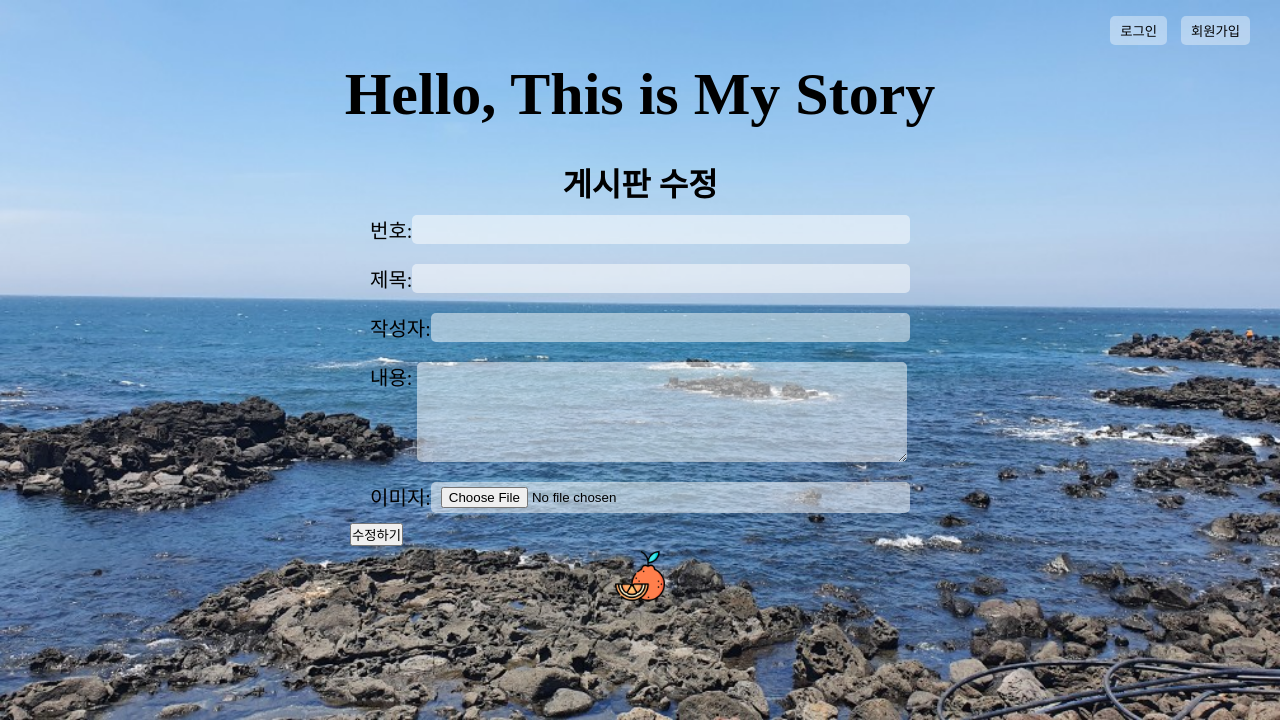
Repository: jeeniii/test2022_12_29
Page: http://localhost/portfolio/board/modify.jsp
These files come from the project's save history. The page is drawn as it stood at one moment and after the next save; the edit follows.
The browser window is 1280 px wide. The pictures show the whole page.
The page is served by Tomcat 9. Other server files are loaded and not shown. The template is opened directly, without the code that normally fills it, so the values that code supplies are empty.

Above is the page before, as saved 2022-12-14 03:15:29.

### JSP_Portfolio/portfolio/src/main/webapp/board/modify.jsp
<%@ page language="java" contentType="text/html; charset=UTF-8"
    pageEncoding="UTF-8"%>
<!DOCTYPE html>
<html>
<head>
<meta charset="UTF-8">
<title>Insert title here</title>
<link rel="stylesheet" href="/resources/css/boardModify.css" type="text/css">
<%@ include file="/header.jsp" %>
</head>
<body>
<div class="container">
<h1>게시판 수정</h1>
	<form action="/brd/update" method="post" enctype="multipart/form-data">
		<div class="bm_put">
			<span>
				번호:
			</span>
		 <input type="text" name="bno" value="${bvo.bno }" readonly="readonly"> <br>
		</div>
		<div class="bm_put">
			<span>
				제목:
			</span>
		 <input type="text" name="title" value="${bvo.title }"> <br>
		</div>
		<div class="bm_put">
			<span>
				작성자:
			</span>
		 <input type="text" name="writer" value="${ses.nick_name }" readonly="readonly"> <br>
		</div>
		<div class="bm_put">
			<span>
				내용:
			</span>
		 <textarea rows="3" cols="30" name="content" >${bvo.content }</textarea>
		</div>
		<div class="bm_put">
			<span>
				이미지:
			</span>
			<input type="hidden" name="image_file" value="${bvo.image_file }">
			<input type="file" name="new_file" accept="image/png, image/jpg, img/jpeg, image/gif">
		</div>
		<button type="submit">수정하기</button>
	</form>
</div>
<%@ include file="/footer.jsp" %>
</body>
</html>

### JSP_Portfolio/portfolio/src/main/webapp/header.jsp
<%@ page language="java" contentType="text/html; charset=UTF-8"
    pageEncoding="UTF-8"%>
    <%@ taglib uri="http://java.sun.com/jsp/jstl/core" prefix="c" %>
<!DOCTYPE html>
<html>
<head>
<meta charset="UTF-8">

<link rel="stylesheet" href="/resources/css/header.css" type="text/css">
</head>
<body>
	<header>
		<div class="realHeader">
			<div class="headbar">
				<ul>

					<c:if test="${ses.id ne null }">
						<li>
							${ses.nick_name }님
						</li>
						<li>
							<a href="/mem/logout?id=${ses.id }"><button type="button">로그아웃</button></a>
						</li>
						<li>
							<a href="/mem/modify?id=${ses.id }"><button type="button">회원정보수정</button></a>
						</li>
					</c:if>

					<c:if test="${ses.id eq null }">
						<li>
							<a href="/mem/login"><button type="button">로그인</button></a>
						</li>
						<li>
							<a href="/mem/join"><button type="button"> 회원가입</button></a>
						</li>
					</c:if>
				</ul>
			</div>
		</div>
		<div class="topic">
			<h1>Hello, This is My Story</h1>
		</div>
	</header>
</body>
</html>

### JSP_Portfolio/portfolio/src/main/webapp/footer.jsp
<%@ page language="java" contentType="text/html; charset=UTF-8"
    pageEncoding="UTF-8"%>
    <%@ taglib uri="http://java.sun.com/jsp/jstl/core" prefix="c" %>
<!DOCTYPE html>
<html>
<head>
<meta charset="UTF-8">
<title>Insert title here</title>
<link rel="stylesheet" href="/resources/css/footer.css" type="text/css">
</head>
<body>
<footer>
		<a href="/" id="hanlabtn"><button type="button"><img src="/resources/한라봉.png" id="hanlabong"></button></a>
</footer>
</body>
</html>

### JSP_Portfolio/portfolio/src/main/webapp/resources/css/boardModify.css
@charset "UTF-8";
.container{
	width:580px;
	margin: 0 auto;
	padding: 0px;
	margin-top: 30px;
}
h1{
	text-align: center;
}
.bm_put{
	font-size:20px;
	display: inline-flex;
	width: 100%;
	padding: 10px 20px;
}
.bm_put>input{
	flex: 1 1 0%;
	border: 0px;
	padding: 5px 10px;
	border-radius: 5px;
	background-color: rgba(255, 255, 255, 0.503);
}
textarea{
	width: 490px;
	height: 100px;
	border: 0px;
	border-radius: 5px;
	margin-left: 5px;
	background-color: rgba(255, 255, 255, 0.503);
}

### JSP_Portfolio/portfolio/src/main/webapp/resources/css/header.css
@charset "UTF-8";
* {
    margin: 0;
    padding: 0;
    box-sizing: border-box;
}
body{
	width:100%;
	height:100%;
	background-image: url("/resources/제주 바다.jpg");
	background-repeat: no-repeat;
	background-size: cover;
}
.topic{
	text-align: center;
	font-size: 30px;
}
.realHeader{
	height: 60px;
}
.headbar{
	display: flex;
	align-items: center;
	float: right;
	padding: 0px 30px;
	height: 60px;
}
.headbar>ul{
    list-style-type: none;
}
.headbar>ul>li{
	display: inline;;
	margin-left: 10px;
	line-height: 30px;
	vertical-align: middle;
}
.headbar>ul>li>a{
	font-size: 20px;
	font-weight: 700px;
	color: black;
    text-decoration-line:none ;
}
button[type="button"]{
	border: 0px;
	padding: 5px 10px;
	border-radius: 5px;
	background-color: rgba(255, 255, 255, 0.377);
}

### JSP_Portfolio/portfolio/src/main/webapp/resources/css/footer.css
@charset "UTF-8";
#hanlabong{
    width: 50px;
    height: 50px;
}

#hanlabtn{
	background-color: transparent;
	border:none;
	cursor: pointer;
}
#hanlabtn button{
	background-color: transparent;
	border:none;
	cursor: pointer;

}
#hanlabtn:hover{
	transform:scale(1.5);
  	transition: transform .5s;
}
footer{
	width: 100%;
	display: flex;
	justify-content: center;
}

After the next save:
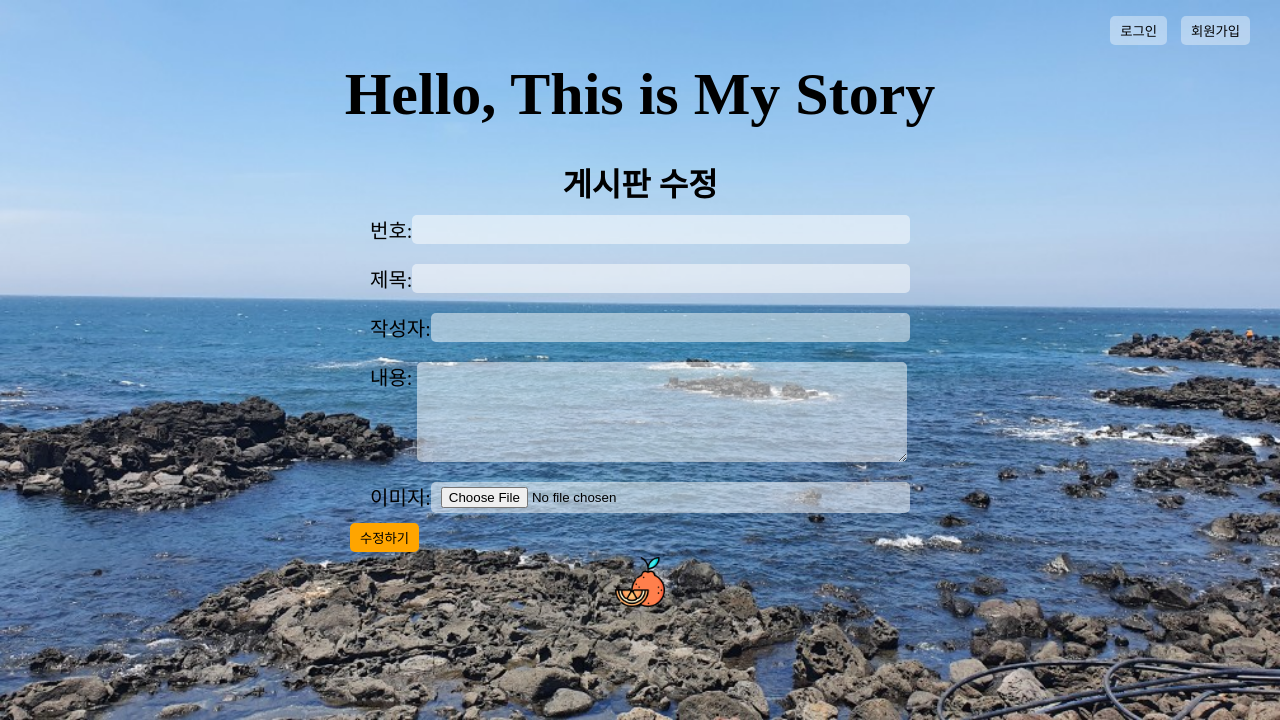
Saved 24 s later.
--- a/JSP_Portfolio/portfolio/src/main/webapp/resources/css/boardModify.css
+++ b/JSP_Portfolio/portfolio/src/main/webapp/resources/css/boardModify.css
@@ -29,3 +29,9 @@ textarea{
 	margin-left: 5px;
 	background-color: rgba(255, 255, 255, 0.503);
 }
+button[type="submit"]{
+	border: 0px;
+	padding: 5px 10px;
+	background-color: orange;
+	border-radius: 5px;
+}
